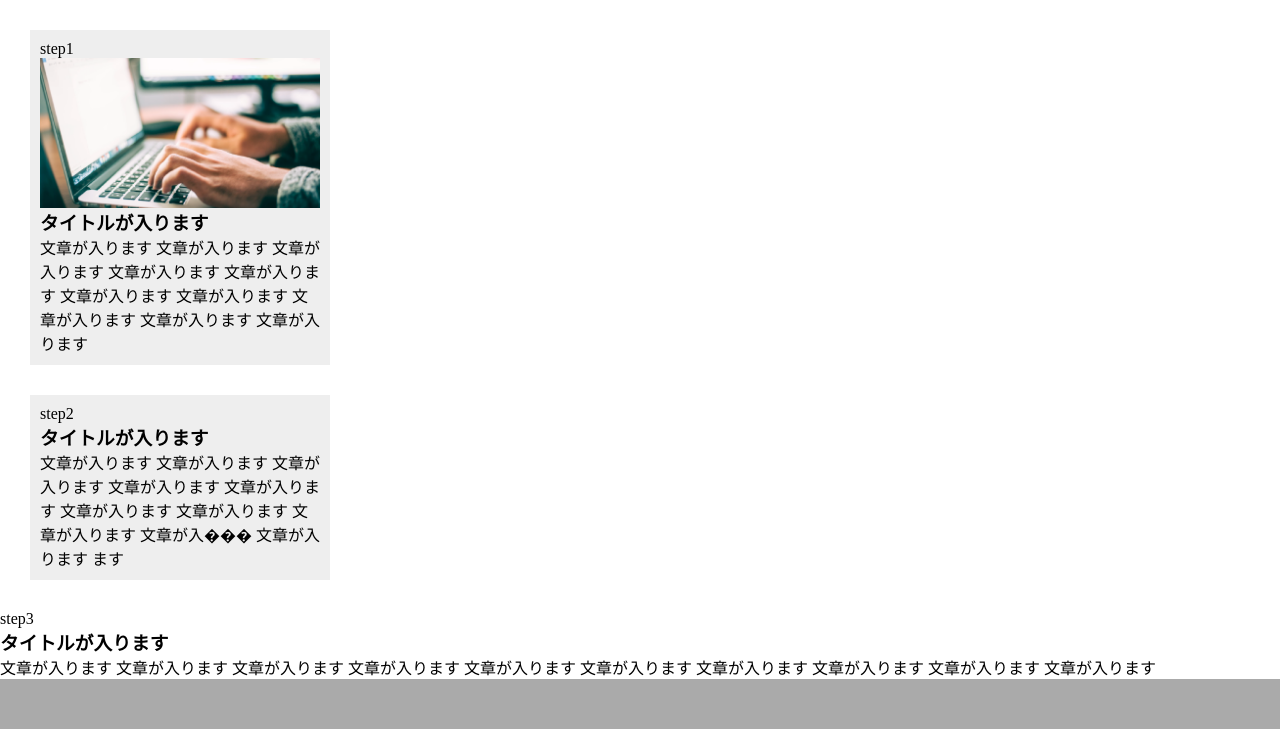
Repository: shizuki-okuma/dmm-webcamp
Page: chapter9_exercise/chapter9_exercise.html
The author's editor kept a record of every edit. The page is drawn from the files as they stood at one moment, then again after the next edit.
The browser window is 1280 px wide. The pictures show the whole page.

Above is the page before.

After the next edit:
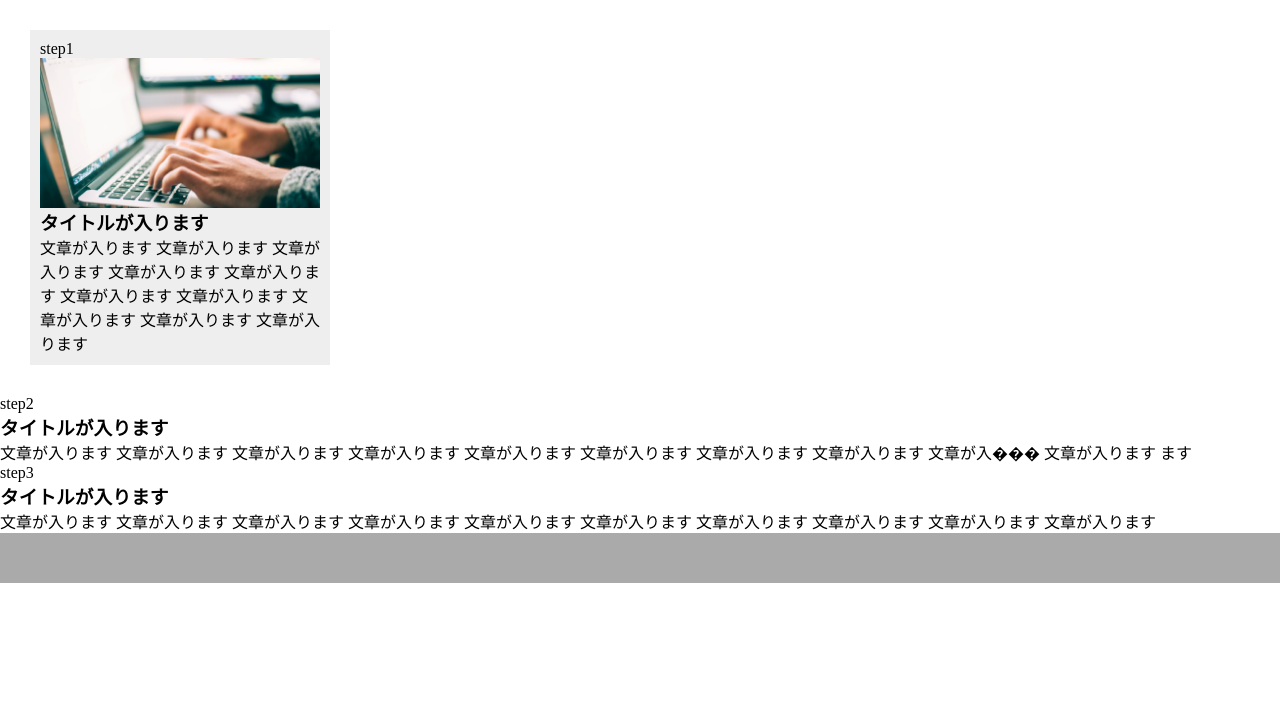
The edit:
--- a/chapter9_exercise/style9.css
+++ b/chapter9_exercise/style9.css
@@ -58,13 +58,9 @@
   background-position: center;
   height: 150px;
 }
-.main-box2 {
-  width: 300px;
-  background-color: #EEEEEE;
-  margin: 30px;
-  padding: 10px;
+.title {
+  margin: 15px 0 5px;
 }
-
 footer {
   background-color: #aaa;
   height: 50px;
